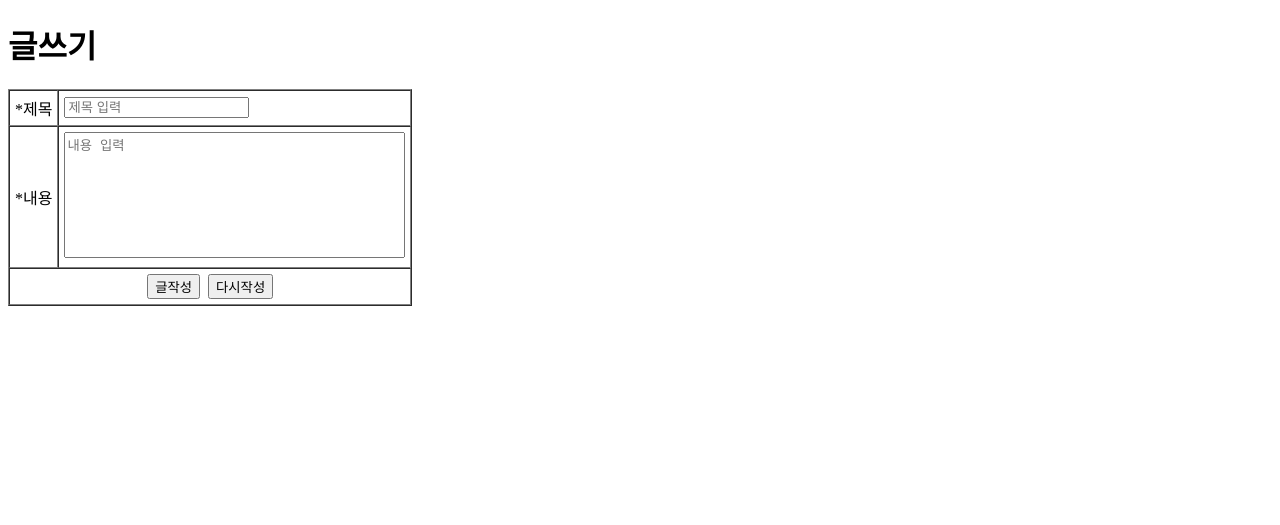
Repository: dahye1013/java-basic-learning
Page: http://localhost/memberJSP/board/boardWriteForm.jsp
An editor plug-in stored every save of this project. The page is shown before and after the next save, followed by the edit.
The browser window is 1280 px wide. The pictures show the whole page.
The page is served by Tomcat 9.

Above is the page before, as saved 2020-06-09 07:35:33.

After the next save:
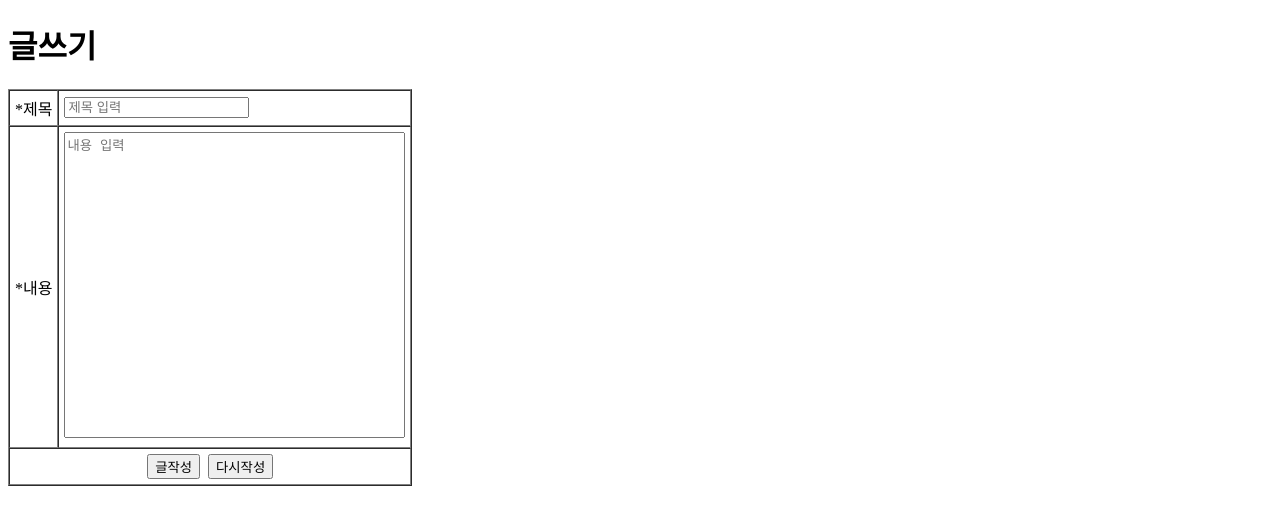
Saved 9 min 37 s later.
--- a/memberJSP/WebContent/board/boardWriteForm.jsp
+++ b/memberJSP/WebContent/board/boardWriteForm.jsp
@@ -15,7 +15,7 @@
 </tr>
 <tr>
 <td >*내용</td>
-<td ><textarea name="content" id="content" cols="40" rows="8" style="resize:none;" placeholder="내용 입력"></textarea></td>
+<td ><textarea name="content" id="content" cols="40" rows="20" style="resize:none;" placeholder="내용 입력"></textarea></td>
 </tr>
 <tr>
 <td colspan="2" align="center"><input type="button" value="글작성" onclick="checkBoardWriteForm()">
